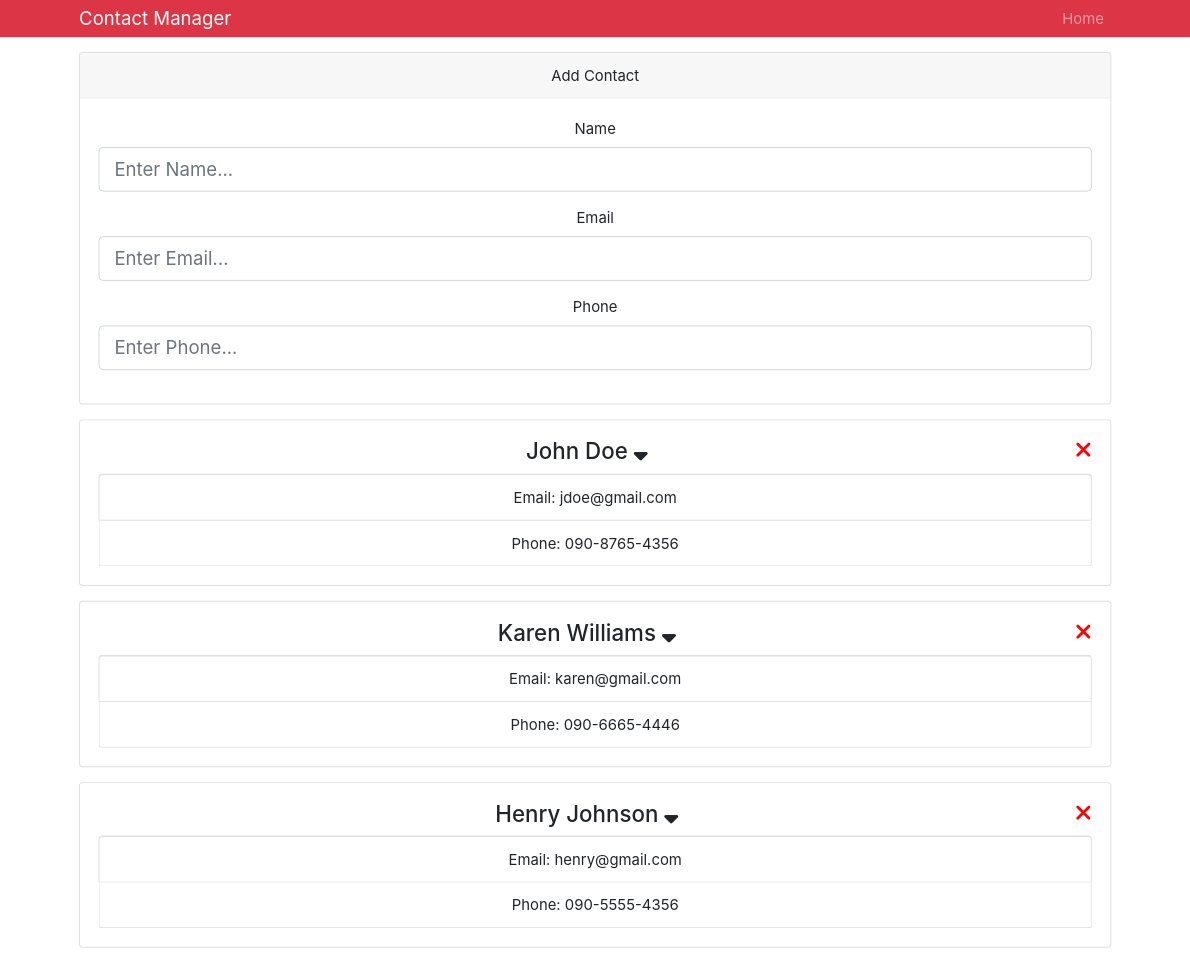
Repository: IkennaU/contactmanager
Page: /test
An editor plug-in stored every save of this project. The page is shown before and after the next save, followed by the edit.
The browser window is 1280 px wide. The pictures show the whole page, at 93% of full size.
Some web libraries are served in a nearby version. The project was rebuilt for these pictures with package versions that can differ from the ones it lists, and the page was loaded fresh each time.

Above is the page before, as saved 2020-07-22 00:23:05.

After the next save:
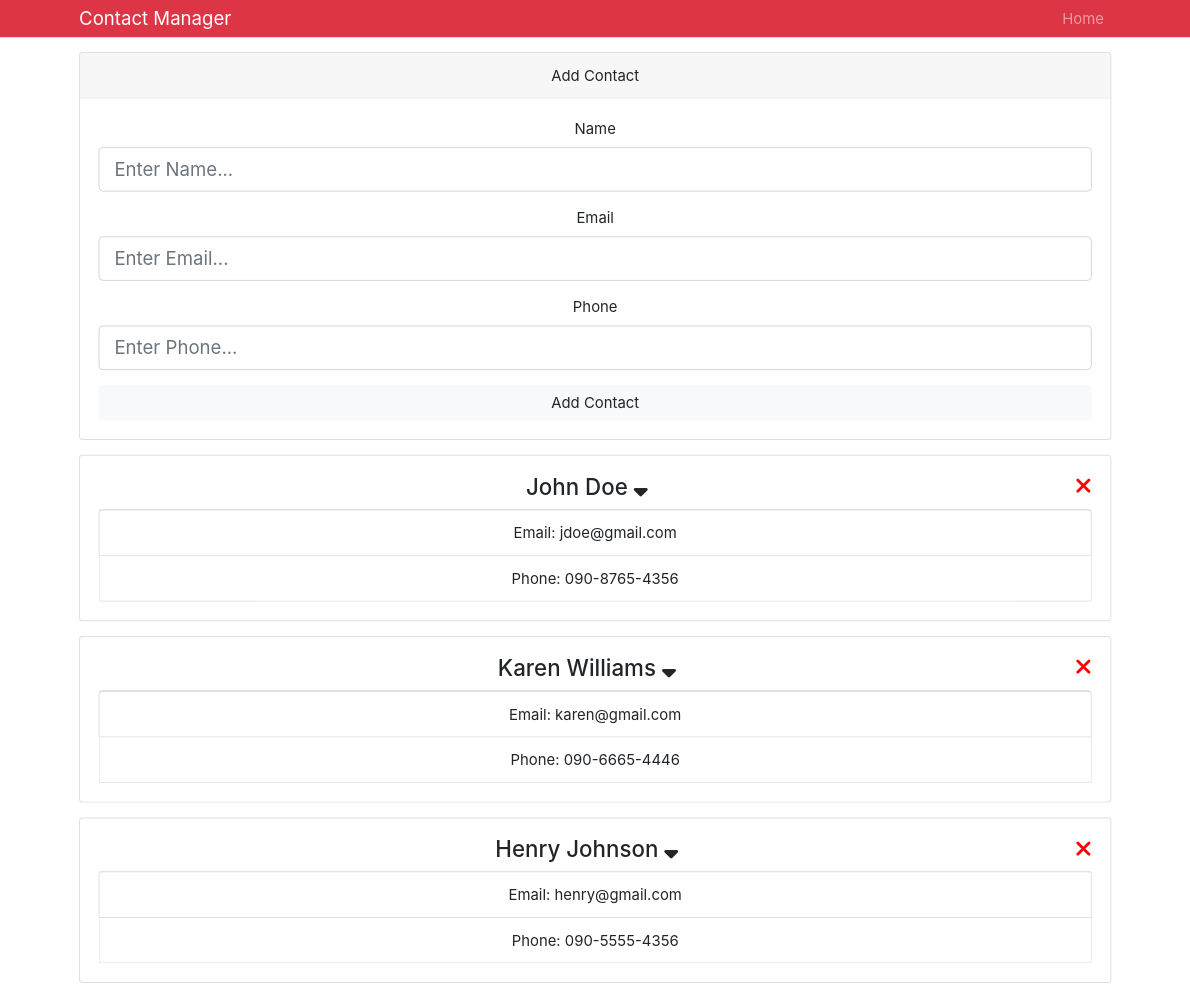
Saved 3 min 52 s later.
--- a/src/components/contacts/AddContact.js
+++ b/src/components/contacts/AddContact.js
@@ -39,6 +39,11 @@ class AddContact extends Component {
                 placeholder="Enter Phone..."
               />
             </div>
+            <input
+              type="submit"
+              value="Add Contact"
+              className="btn btn-light btn-block"
+            />
           </form>
         </div>
       </div>
